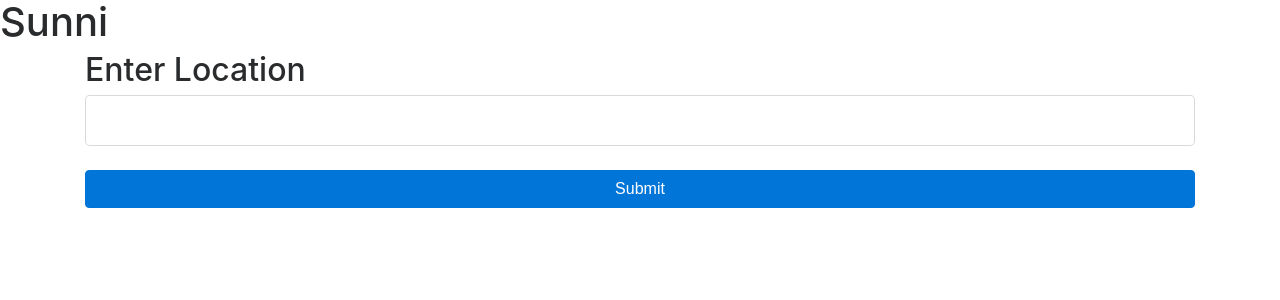
Repository: Oakga/Weather_app
Page: index.html
An editor plug-in stored every save of this project. The page is shown before and after the next save, followed by the edit.
The browser window is 1280 px wide. The pictures show the whole page.

Above is the page before, as saved 2017-09-21 23:47:43.

### index.html
<!DOCTYPE html>
<html>
<head>
    <meta charset="utf-8">
    <link rel="stylesheet" href="https://maxcdn.bootstrapcdn.com/bootstrap/4.0.0-alpha.6/css/bootstrap.min.css" integrity="sha384-rwoIResjU2yc3z8GV/NPeZWAv56rSmLldC3R/AZzGRnGxQQKnKkoFVhFQhNUwEyJ" crossorigin="anonymous">
    <link href='http://fonts.googleapis.com/css?family=Roboto:400,300,700' rel='stylesheet' type='text/css'>
    <!-- <link href="css/styles.css" rel="stylesheet" type="text/css"> -->
    <script src="https://unpkg.com/axios/dist/axios.min.js"></script>
</head>
<body>
    <header>
        <h1>Sunni</h1>
    </header>
    <div class="container">
        <h2>Enter Location</h2>
        <form id="location-form">
            <input type="text" id="location-input" class="form-control form-control-lg "/>
            <br>
            <button type="submit" class="btn btn-primary btn-block">Submit</button>
          </form>
        <div id="formatted-address"></div>
        <div id="address-components"></div>
        <div id="geometry-component"></div>
    </div>
    <script src="js/main.js"></script>
</body>
</html>

### js/main.js
let geoCode = (location) => {
    axios.get('https://maps.googleapis.com/maps/api/geocode/json',{
    params:{
        address: location,
        key: 'AIzaSyAkYBjwd7ygcP8GpAz47QsP3s3vaweLAE0'
    }
}).then(function(response){
    console.log(response);
    const formattedAddr = response.data.results[0].formatted_address;
    const formattedAddrOutput = `
    <ul class="list-group">
    <li class="list-group-item">
    ${formattedAddr}
    </li>
    </ul>
    `;
    let addressComponents = response.data.results[0].address_components;
    let lat = response.data.results[0].geometry.location.lat;
    let lng = response.data.results[0].geometry.location.lng;


    let geometryOutput = `
    <ul class="list-group">
    <li class="list-group-item">
    <strong>
    Latitude
    </strong>: ${lat}
    </li>
    <li class="list-group-item">
    <strong>
    Longitude
    </strong>: ${lng}
    </li>
    </ul>
    `;
    document.getElementById('formatted-address').innerHTML = formattedAddrOutput;
    document.getElementById('geometry-component').innerHTML = geometryOutput;


})
.catch(function(error){
    const formattedAddrOutput = `
    <ul class="list-group">
    <li class="list-group-item">
    Unknown location
    </li>
    </ul>
    `;
    document.getElementById('formatted-address').innerHTML = formattedAddrOutput;
})
};

document.getElementById('location-form').addEventListener('submit', function (e){
    e.preventDefault();
    let location = document.getElementById('location-input').value;
    geoCode(location);
});

After the next save:
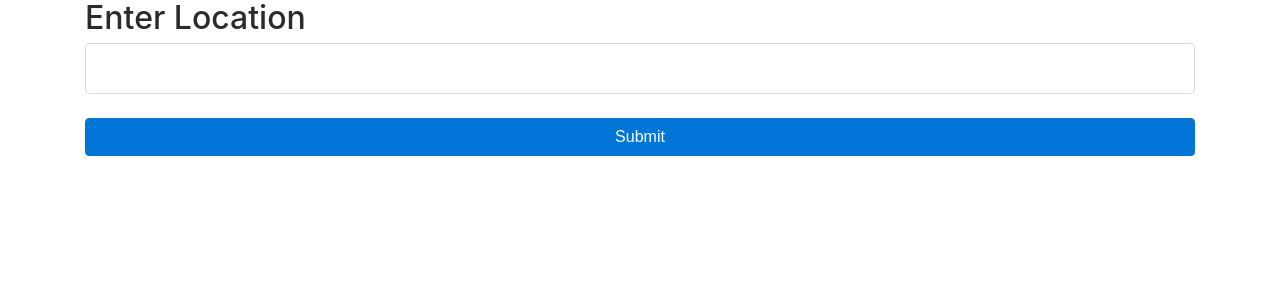
Saved 99 s later.
--- a/index.html
+++ b/index.html
@@ -8,9 +8,6 @@
     <script src="https://unpkg.com/axios/dist/axios.min.js"></script>
 </head>
 <body>
-    <header>
-        <h1>Sunni</h1>
-    </header>
     <div class="container">
         <h2>Enter Location</h2>
         <form id="location-form">
